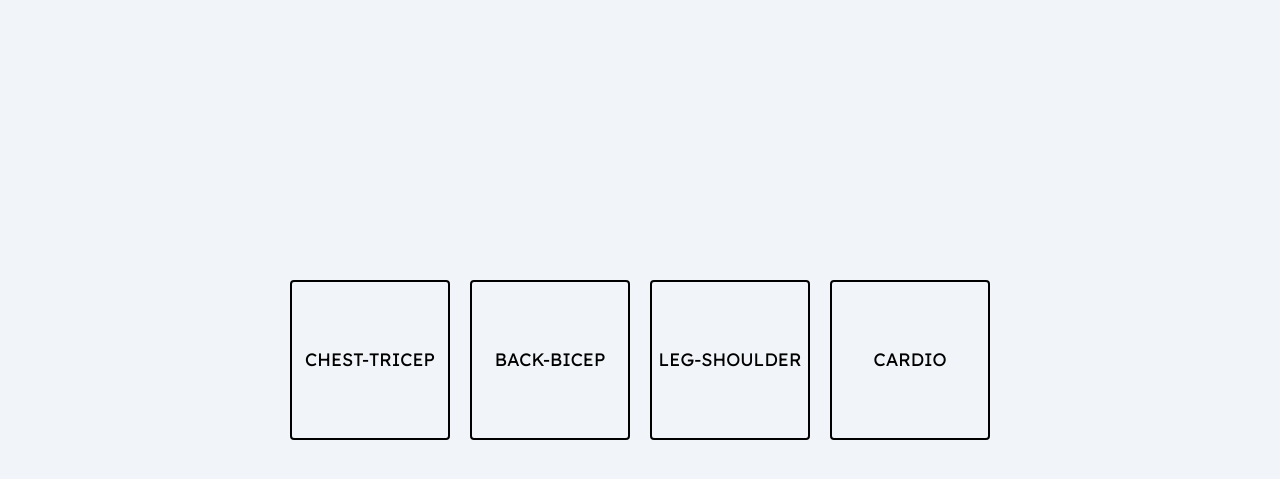
Repository: stavan30/tracker
Page: /
An editor plug-in stored every save of this project. The page is shown before and after the next save, followed by the edit.
The browser window is 1280 px wide. The pictures show the whole page.
The project was rebuilt for these pictures with package versions that can differ from the ones it lists, and the page was loaded fresh each time. Also part of the build but not shown: vite.config.js, src/Components/Chest.jsx.

Above is the page before, as saved 2024-02-23 20:33:57.

After the next save:
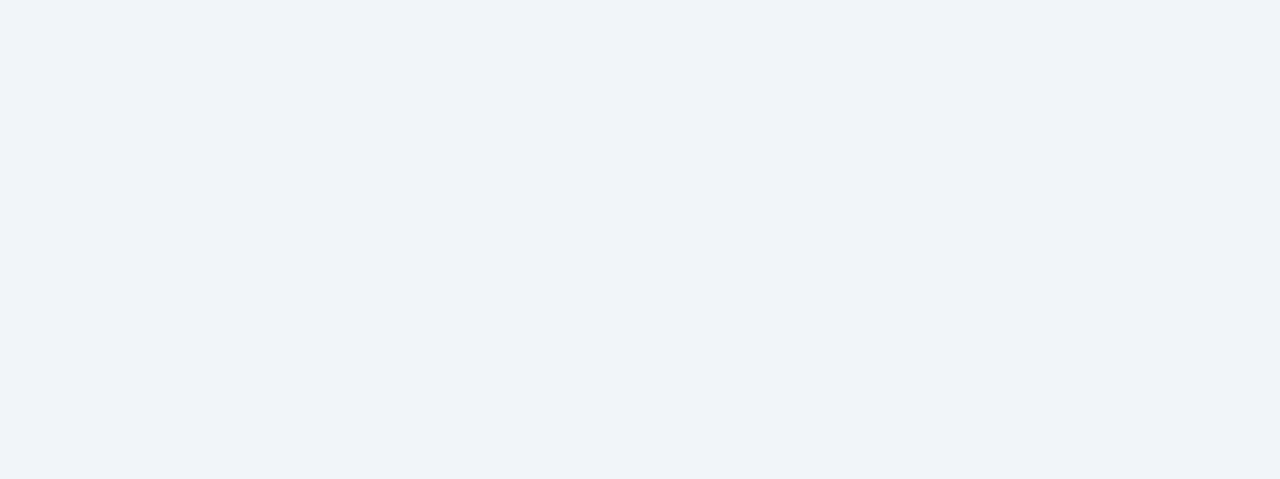
Console error: ReferenceError: props is not defined
Saved 5 min 51 s later.
--- a/src/Components/Card.jsx
+++ b/src/Components/Card.jsx
@@ -1,6 +1,6 @@
 import React from 'react'
 
-const Card = (props) => {
+const Card = ({day}) => {
   return (
     <div className='flex items-center justify-center text-black text-lg font-lex border-2 border-black rounded h-40 w-40 text-center'>
         <h1>{props.day.toUpperCase()}</h1>

After the save that followed:
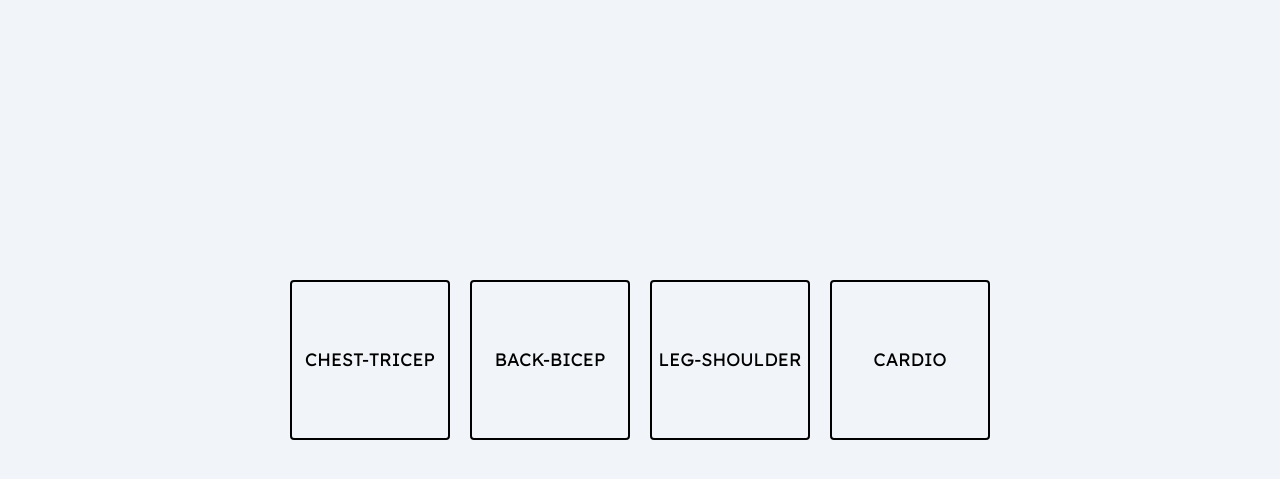
The error is gone.
Saved 28 s later.
--- a/src/Components/Card.jsx
+++ b/src/Components/Card.jsx
@@ -3,7 +3,7 @@
 const Card = ({day}) => {
   return (
     <div className='flex items-center justify-center text-black text-lg font-lex border-2 border-black rounded h-40 w-40 text-center'>
-        <h1>{props.day.toUpperCase()}</h1>
+        <h1>{day.toUpperCase()}</h1>
     </div>
   )
 }
